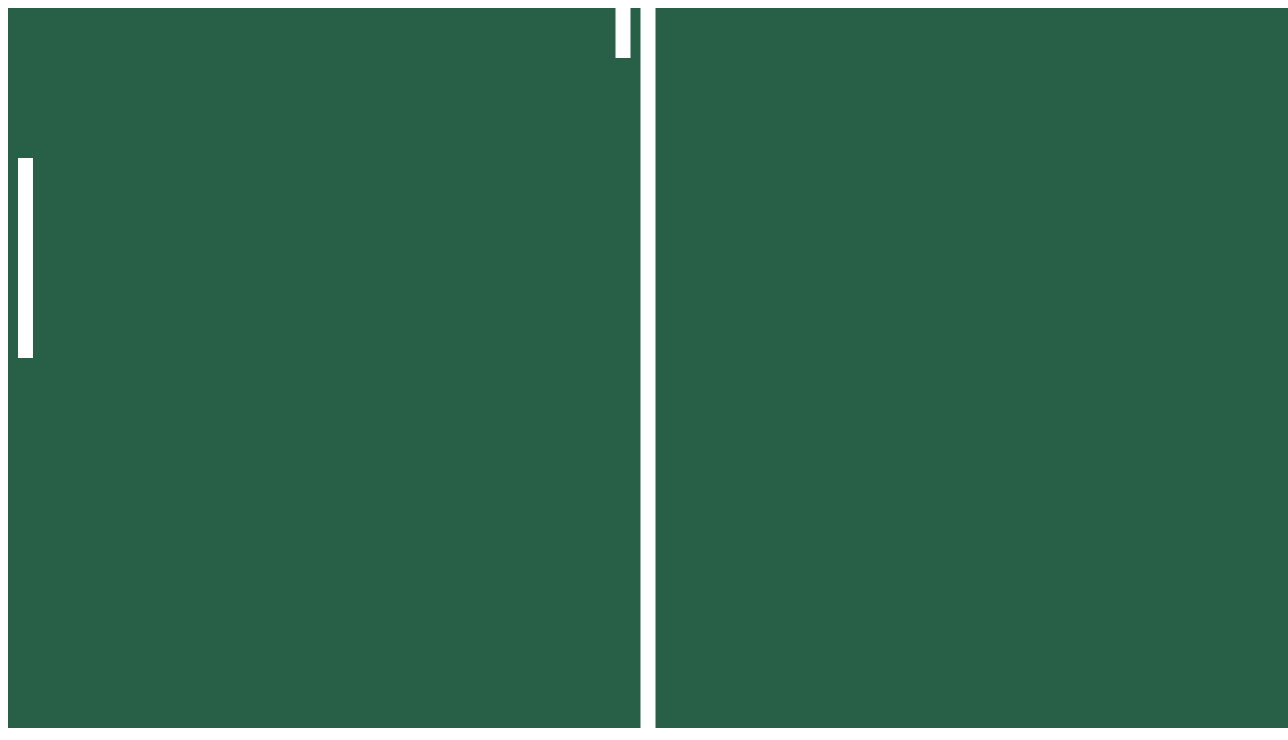
Repository: AkirahCarvalho/ping_pong
Page: index.html
The author's editor kept a copy of each file at every save. The page is drawn from the files as they stood at one save, then again after a run of saves.
The browser window is 1280 px wide. The page is 1288 px wide, so the pictures cover 1288 px, including what lies to the right of the window. The pictures show the whole page.

Above is the page before, as saved 2024-03-26 16:00:07.

### index.html
<!DOCTYPE html>
<html lang="en">
<head>
    <meta charset="UTF-8">
    <meta name="viewport" content="width=device-width, initial-scale=1.0">
    <title>PING PONG</title>

</head>
<body>
    <canvas>

    </canvas>
    <script>
        const canvasEl = document.querySelector("canvas"),
         canvasCtx = canvasEl.getContext("2d")

         const lineWidth=15

        function setup(){ //roda o elemento
            canvasEl.width = canvasCtx.width = window.innerWidth
            canvasEl.height = canvasCtx.height = window.innerHeight
        }

        function draw(){
            canvasCtx.fillStyle="#286047"
            canvasCtx.fillRect(0,0, window.innerWidth, window.innerHeight)

            canvasCtx.fillStyle="#ffffff"

            const x=window.innerWidth / 2 - lineWidth / 2
            const y=0
            const w=lineWidth
            const h=window.innerHeight

            canvasCtx.fillRect(x, y, w, h)
          //desenhando raquete esquerda
            canvasCtx.fillRect(10, 150, lineWidth, 200)
            //desenhando raquete direita
            canvasCtx.fillRect(x-lineWidth-10, y-150, lineWidth,200)
        }

        setup()
        draw()
    </script>
</body>
</html>

After the next 2 saves:
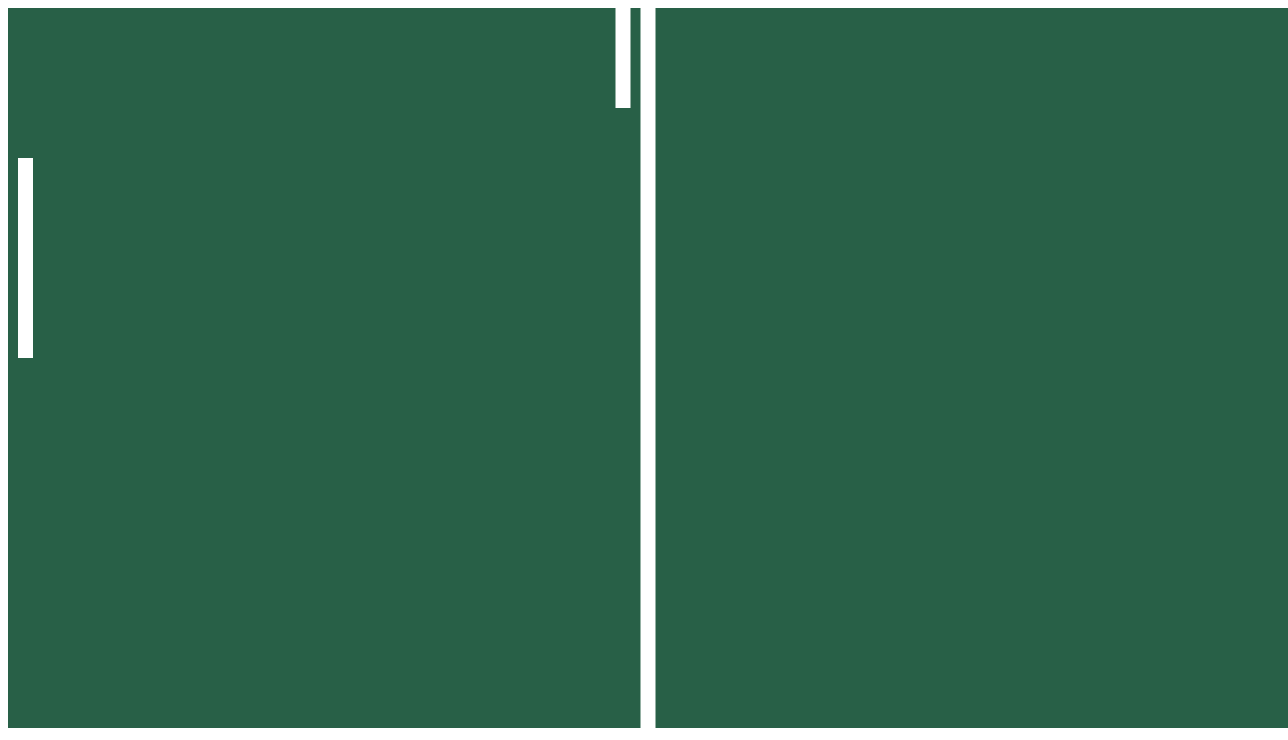
The 2 saves are shown as one change because they came seconds apart.
The last was saved 15 s later.
--- a/index.html
+++ b/index.html
@@ -36,7 +36,7 @@
           //desenhando raquete esquerda
             canvasCtx.fillRect(10, 150, lineWidth, 200)
             //desenhando raquete direita
-            canvasCtx.fillRect(x-lineWidth-10, y-150, lineWidth,200)
+            canvasCtx.fillRect(x-lineWidth-10, y-100, lineWidth,200)
         }
 
         setup()
